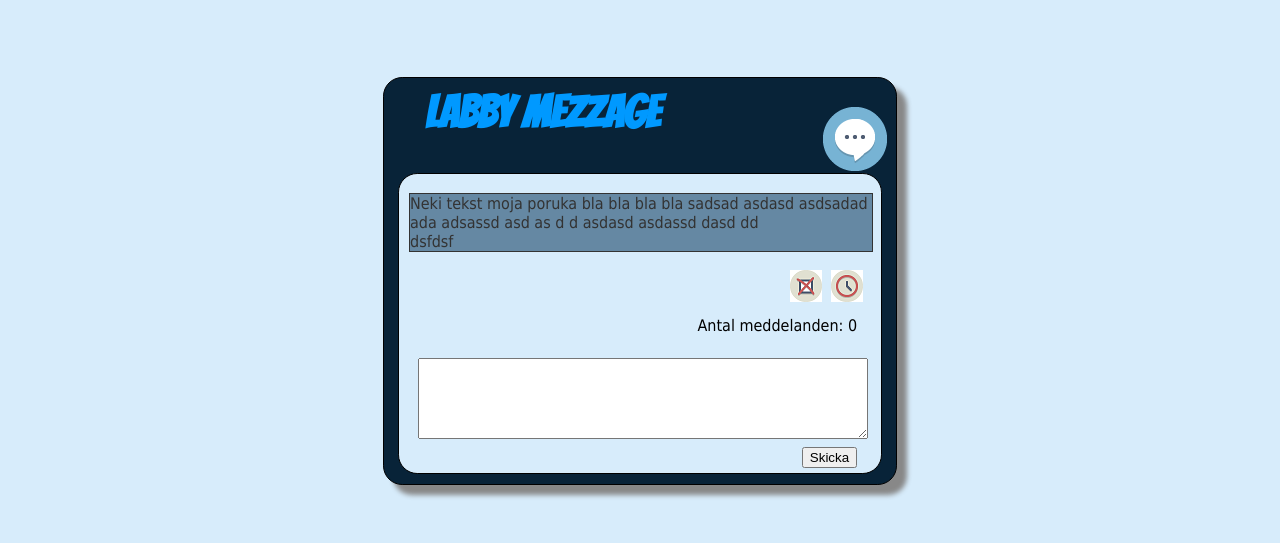
Repository: jb223cp/1dv403-laborationer
Page: 2-labbymezzage/index.html
The author's editor kept a record of every edit. The page is drawn from the files as they stood at one moment, then again after the next edit.
The browser window is 1280 px wide. The pictures show the whole page.

Above is the page before.
Console error: ReferenceError: Message is not defined

### 2-labbymezzage/index.html
<!DOCTYPE html>
<html lang="sv">
<head>
	<meta charset="UTF-8" />
	<link href='//fonts.googleapis.com/css?family=Bangers' rel='stylesheet' type='text/css'>
	<link rel="stylesheet" href="main.css" media="only screen and (min-width:768px)" />
 	<title>Labby Mezzage</title>

</head>
    <body>
        <section class="main">
            <h1>LABBY MEZZAGE <img src="pics/chat.png" alt="chat icon"></h1>

            <section class="message">
                <article>
                    <p>Neki tekst moja poruka bla bla bla bla sadsad asdasd asdsadad ada adsassd asd as  d d asdasd asdassd dasd dd</p>
                    <time>dsfdsf</time>
                    <p><img class="icons" src="pics/clock.png" alt="show time when message is published"></p>

                    <img class="icons" src="pics/x.png" alt="delete message">
                </article>
                <fieldset>
                    <label>Antal meddelanden: 0</label>
                    <textarea cols="50" rows="5" maxlength="250" name="Message" id="area"></textarea>
                    <input type=submit value="Skicka"></input>
                </fieldset>

            </section>

        </section>


    	  <script src="script.js"></script>
    	  <script src="Message.js"></script>

    </body>
</html>

### 2-labbymezzage/main.css
html, body, div, span, applet, object, iframe,
p, blockquote, pre,
a, abbr, acronym, address, big, cite, code,
del, dfn, em, img, ins, kbd, q, s, samp,
small, strike, strong, sub, sup, tt, var,
b, u, i, center, ol, ul, li,
fieldset, form, label, legend,
table, caption, tbody, tfoot, thead, tr, th, td,
article, aside, canvas, details, embed,
figure, figcaption, footer, header, hgroup,
menu, nav, output, ruby, section, summary,
time, mark, audio, video {
	margin: 0;
	padding: 0;
	border: 0;
	font-size: 100%;
	font: inherit;
	vertical-align: baseline;
}
/* HTML5 display-role reset for older browsers */

article, aside, details, figcaption, figure,
footer, header, hgroup, menu, nav, section {
	display: block;
}

body{
    background-color:#D7ECFB;
}

h1{
    margin-left:8%;
    margin-right:auto;
    margin-top:2%;
    font-family: 'Bangers', cursive;
    font-size:2.8em;
    color:#0099FF;

}
img{
    margin-right:2%;
    margin-top:4%;
    float:right;
}


section.main{
    width:40%;
    margin-left:auto;
    margin-right:auto;
    margin-top:6%;
    background-color:#082338;
    border-style: solid;
    border-width: 1px;
    border-color:black;
    border-radius:1.2em;
    box-shadow: 10px 10px 5px #888888;

}
section.message{
    /*margin-top:2%;*/
    margin-bottom:2%;
    background-color:#D7ECFB;
    width:94%;
    margin-right:auto;
    margin-left:auto;
    border-radius:1.2em;
    border-style: solid;
    border-width: 1px;
    border-color:black;

}
article{
    background-color:#6588A3;
    border-style: solid;
    border-width: 1px;
    border-color:#333333;
    width:96%;
    margin-top:4%;
    margin-left:2%;
    margin-right:2%;
    color:#333333;
     font-family:tahoma;
}
label{
    float:right;
    margin-right:3%;
    margin-top:3%;
    font-family:tahoma;
}
textarea{
    width:96%;
    margin-left:2%;
    margin-right:2%;
    margin-top:5%;
    margin-top:5%;
}

fieldset{
    width:96%;
    margin-left:2%;
    margin-right:2%;
}
input{
    float:right;
    margin-right:3%;
    margin-top:1%;
    margin-bottom:1%;
}

### 2-labbymezzage/script.js
"use strict";


    var MessageBoard = {

	init: function(){

		var now= new Date();
		var messages = [];

		Message[0] = new Message("test", now.getHours()+":"+now.getMinutes()+":"+now.getSeconds());
		Message[0] = new Message("Penny", now.getHours()+":"+now.getMinutes()+":"+now.getSeconds());
		Message[0] = new Message("Penny", now.getHours()+":"+now.getMinutes()+":"+now.getSeconds());


	}

};
	window.onload = MessageBoard.init;

Loaded but not shown: 2-labbymezzage/Message.js (no copy from this time; the picture is the same without it)

After the next edit:
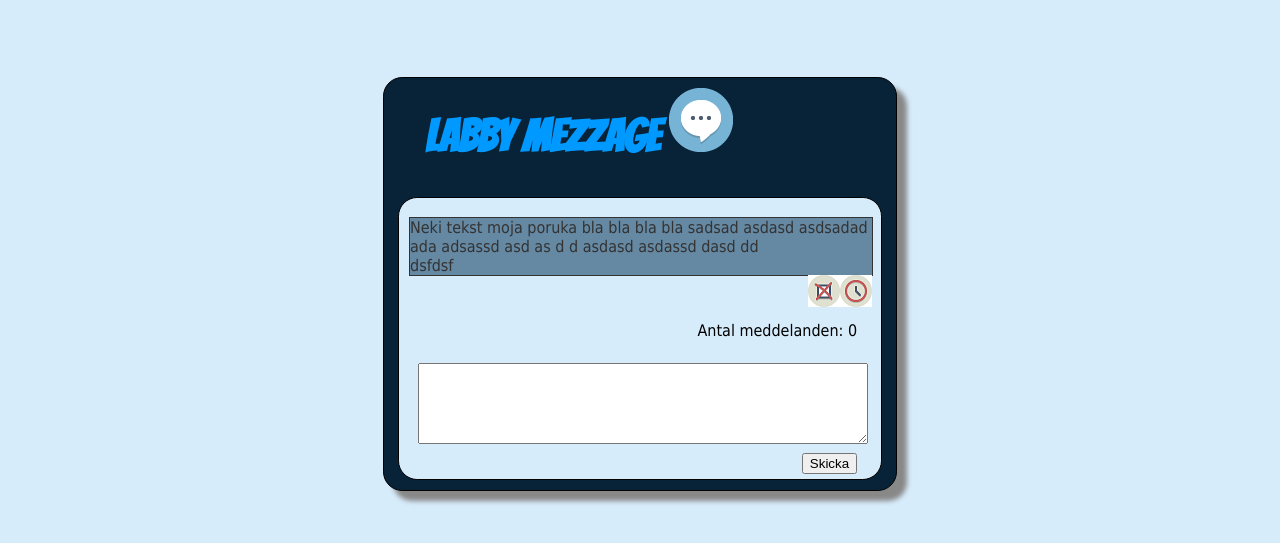
The edit:
--- a/2-labbymezzage/main.css
+++ b/2-labbymezzage/main.css
@@ -37,9 +37,9 @@
     color:#0099FF;
 
 }
-img{
-    margin-right:2%;
-    margin-top:4%;
+img.icons{
+    /*margin-right:2%;
+    margin-top:4%;*/
     float:right;
 }
 
